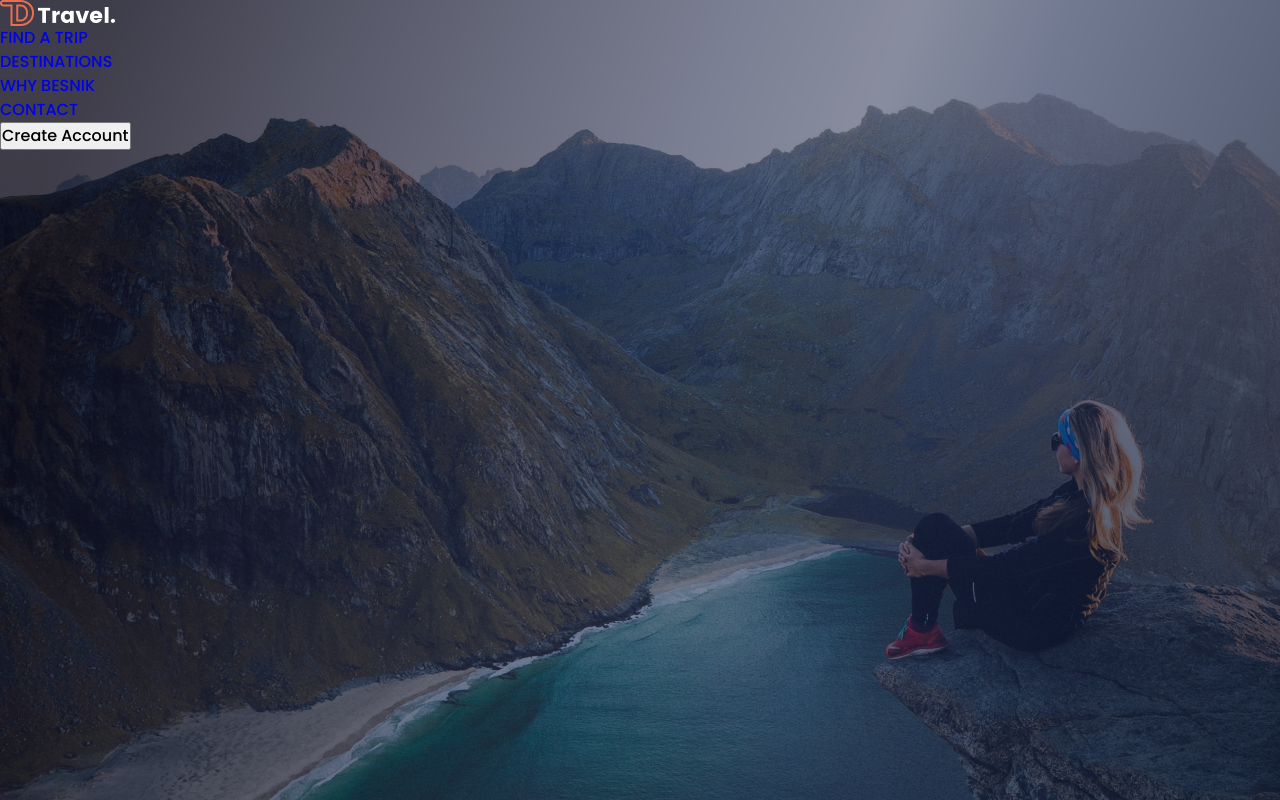
Repository: hoang0508/LandingPage-CodeTravel2
Page: index.html
The author's editor kept a copy of each file at every save. The page is drawn from the files as they stood at one save, then again after the next save.
The browser window is 1280 px wide. The pictures show the whole page.
The style sheet was rebuilt from its Sass, Less or Tailwind sources for each picture, by a compiler version that may differ from the author's.

Above is the page before, as saved 2022-09-15 15:22:24.

### index.html
<!DOCTYPE html>
<html lang="en">
  <head>
    <meta charset="UTF-8" />
    <meta http-equiv="X-UA-Compatible" content="IE=edge" />
    <meta name="viewport" content="width=device-width, initial-scale=1.0" />
    <title>Travale LandingPage</title>
    <link rel="stylesheet" href="./css/style.css" />
  </head>
  <body>
    <div class="wrapper">
      <!-- HEADER -->
      <header class="header">
        <div class="header-main">
          <div class="container">
            <div class="header-meu--logo">
              <img src="./images/Logo.png" alt="Logo" />
            </div>
            <nav class="header-menu">
              <ul class="header-menu--list">
                <li class="header-menu--item">
                  <a href="#" class="header-menu--link">FIND A TRIP</a>
                </li>
                <li class="header-menu--item">
                  <a href="#" class="header-menu--link">DESTINATIONS</a>
                </li>
                <li class="header-menu--item">
                  <a href="#" class="header-menu--link">WHY BESNIK</a>
                </li>
                <li class="header-menu--item">
                  <a href="#" class="header-menu--link">CONTACT</a>
                </li>
              </ul>
            </nav>
            <button class="button button-acount">Create Account</button>
          </div>
        </div>
      </header>
    </div>
  </body>
</html>

### sass/main.scss
@import "reset";
@import "variable";
@import "typography";
@import "base";
@import "header";

### sass/_reset.scss
*,
*::before,
*::after {
  box-sizing: border-box;
}
* {
  margin: 0;
  padding: 0;
  font: inherit;
}
body {
  line-height: 1.5;
}
img,
picture,
video,
canvas,
svg {
  display: block;
  max-width: 100%;
}
input,
button,
textarea,
select {
  outline: none;
}
p,
h1,
h2,
h3,
h4,
h5,
h6 {
  overflow-wrap: break-word;
}

a {
  text-decoration: none;
}

ul,
li {
  list-style: none;
}

### sass/_typography.scss
@font-face {
  font-family: "Poppins";
  src: url("../fonts/Poppins-Regular.ttf") format("opentype");
  font-style: normal;
  font-display: auto;
  font-weight: 400;
}

@font-face {
  font-family: "Poppins";
  src: url("../fonts/Poppins-Light.ttf") format("opentype");
  font-style: normal;
  font-display: auto;
  font-weight: 300;
}

@font-face {
  font-family: "Poppins";
  src: url("../fonts/Poppins-Medium.ttf") format("opentype");
  font-style: normal;
  font-display: auto;
  font-weight: 500;
}

@font-face {
  font-family: "Poppins";
  src: url("../fonts/Poppins-SemiBold.ttf") format("opentype");
  font-style: normal;
  font-display: auto;
  font-weight: 600;
}

@font-face {
  font-family: "Poppins";
  src: url("../fonts/Poppins-Thin.ttf") format("opentype");
  font-style: normal;
  font-display: auto;
  font-weight: 100;
}

@font-face {
  font-family: "Poppins";
  src: url("../fonts/Poppins-Bold.ttf") format("opentype");
  font-style: normal;
  font-display: auto;
  font-weight: 700;
}

### sass/_base.scss
body {
  font-family: "Poppins", sans-serif;
  font-weight: 500;
}

.wrapper {
  max-width: 1600px;
  margin: 0 auto;
}

.container {
  max-width: 1280px;
  margin: 0 auto;
}

### sass/_header.scss
header {
  background-image: url("../images/header-img.png");
  min-height: 800px;
  background-size: cover;
  background-repeat: repeat;
}

Loaded but not shown: sass/_variable.scss (no stored copy; drawn as an empty file)

After the next save:
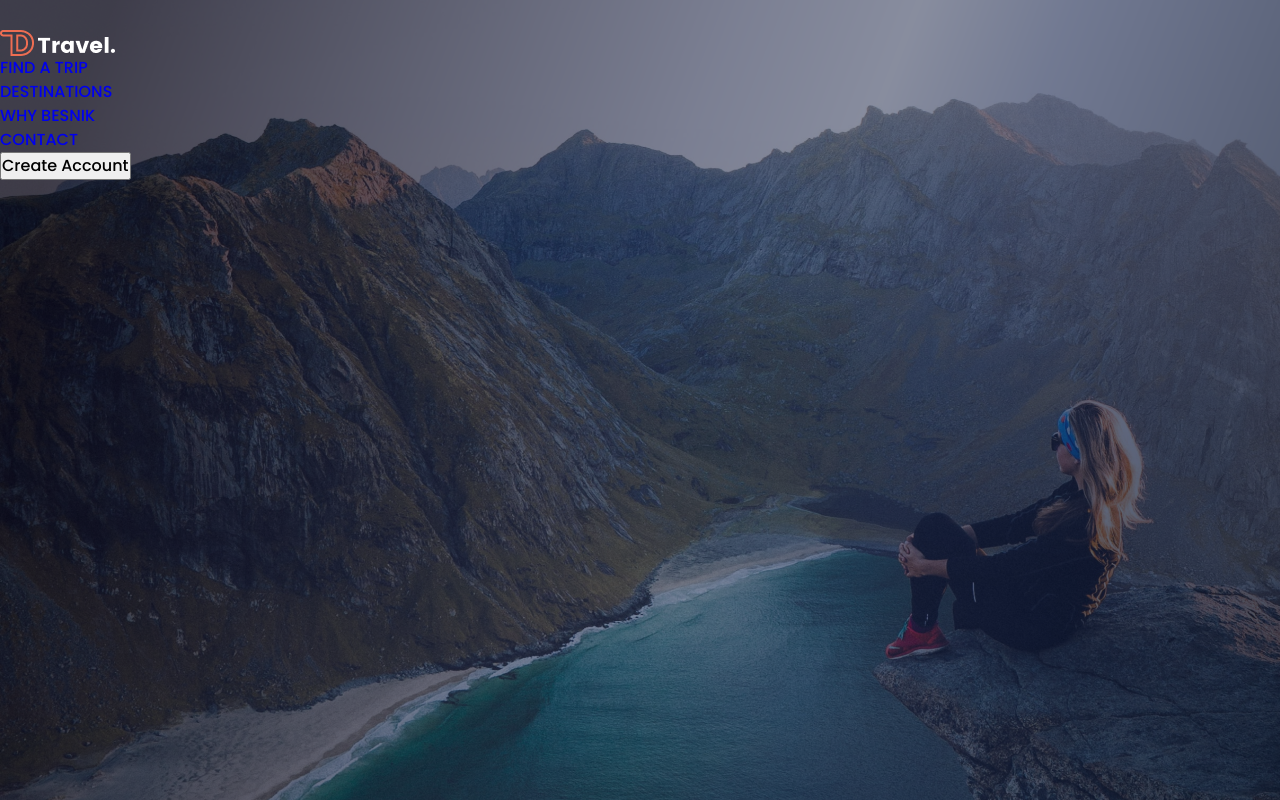
Saved 47 s later.
--- a/sass/_header.scss
+++ b/sass/_header.scss
@@ -3,4 +3,5 @@ header {
   min-height: 800px;
   background-size: cover;
   background-repeat: repeat;
+  padding-top: 30px;
 }
